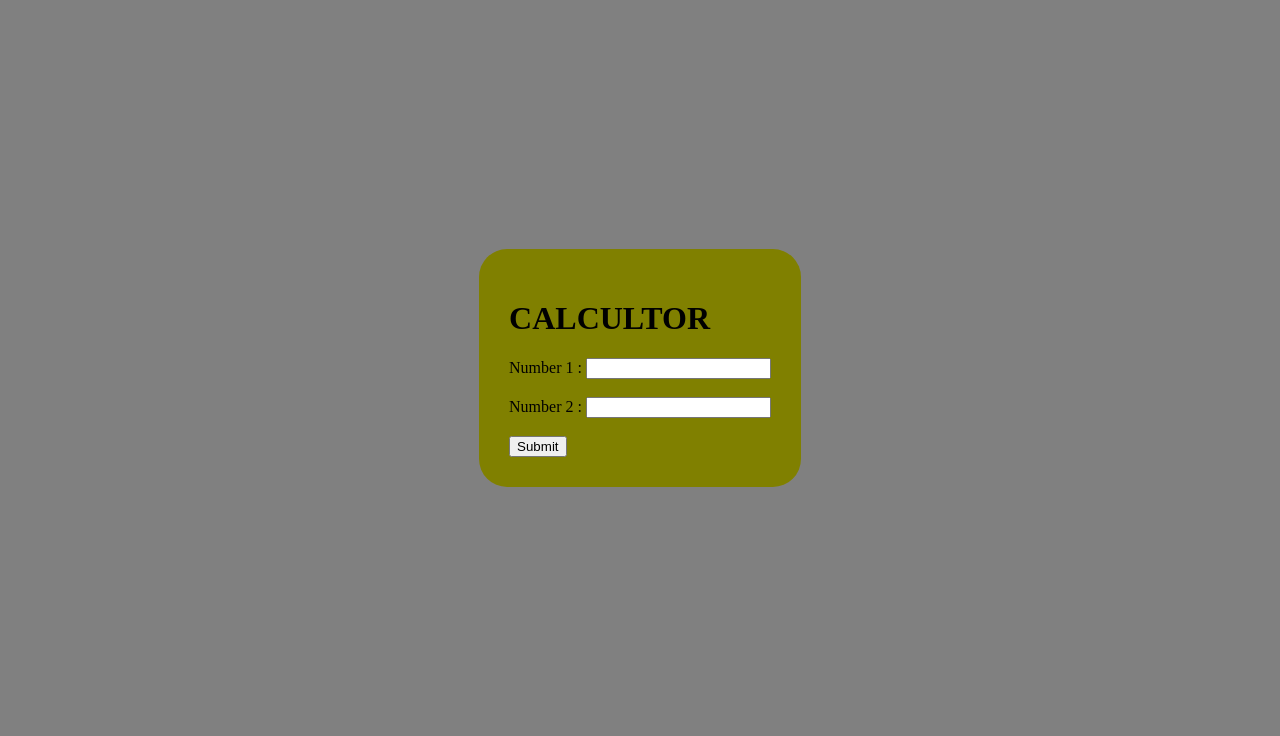
Repository: VIJAYkollu-7568/rakhi
Page: jsp/src/main/webapp/calculator.html
The author's editor kept a copy of each file at every save. The page is drawn from the files as they stood at one save, then again after the next save.
The browser window is 1280 px wide. The pictures show the whole page.

Above is the page before, as saved 2024-11-07 10:04:13.

After the next save:
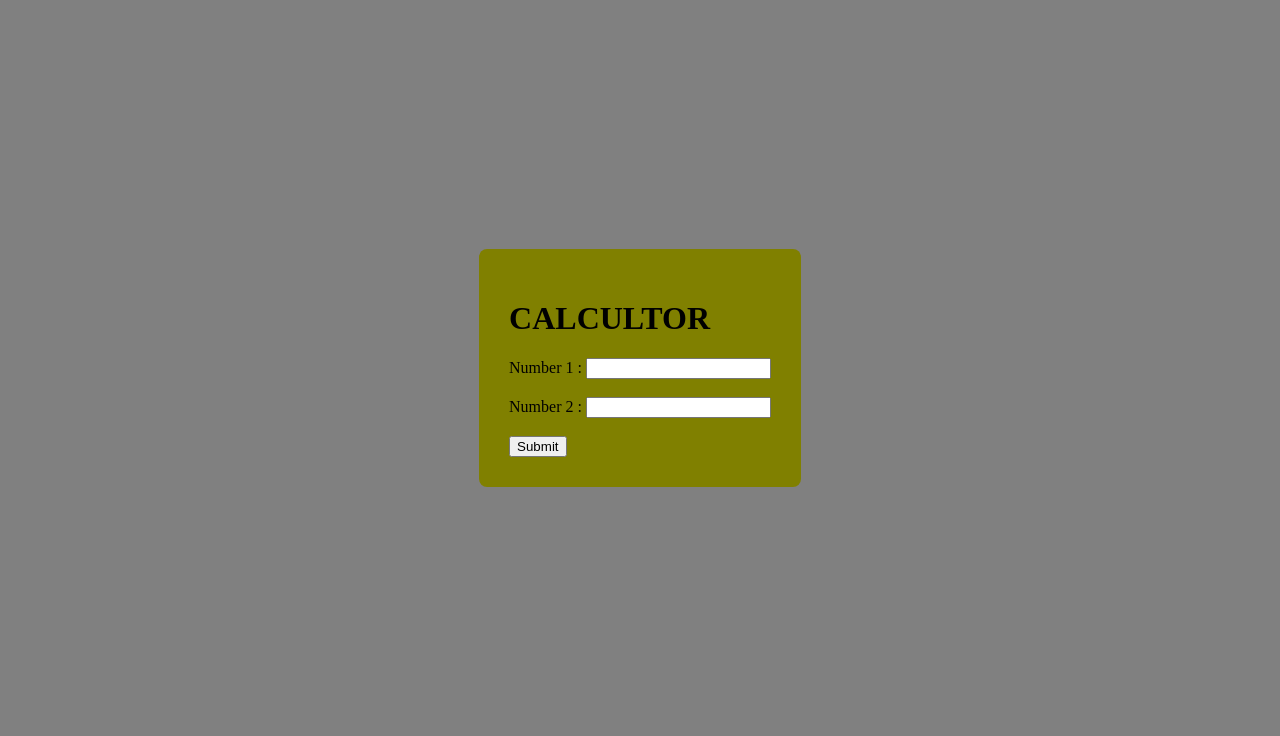
Saved 8 s later.
--- a/jsp/src/main/webapp/calculator.html
+++ b/jsp/src/main/webapp/calculator.html
@@ -16,7 +16,7 @@ height:100vh;
 }
 form{
 background-color:olive;
-border-radius:28px;
+border-radius:8px;
 padding:30px;
 align-items:center;
 
